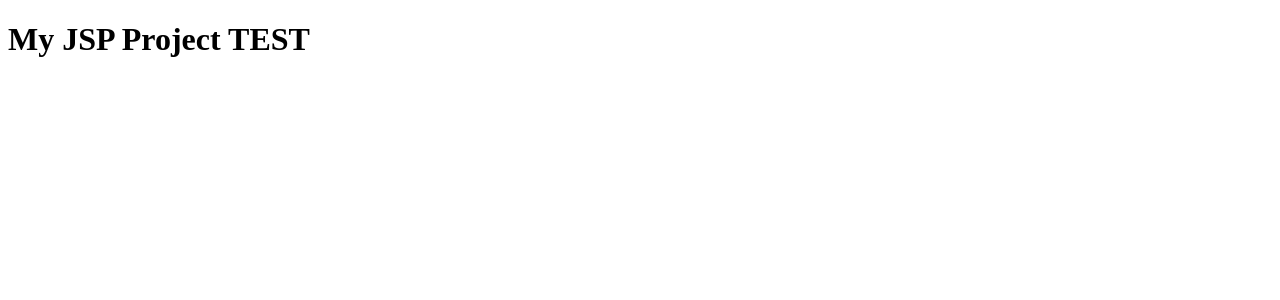
Repository: havanara/240416_JSP_Project
Page: http://localhost/jsp_study2/
An editor plug-in stored every save of this project. The page is shown before and after the next save, followed by the edit.
The browser window is 1280 px wide. The pictures show the whole page.
The page is served by Tomcat 9. Other server files are loaded and not shown.

Above is the page before, as saved 2024-04-16 06:17:24.

### jsp_study2/src/main/webapp/index.jsp
<%@ page language="java" contentType="text/html; charset=UTF-8"
    pageEncoding="UTF-8"%>
<!DOCTYPE html>
<html>
<head>
<meta charset="UTF-8">
<title>Insert title here</title>
</head>
<body>
	<h1>My JSP Project TEST</h1>
</body>
</html>

After the next save:
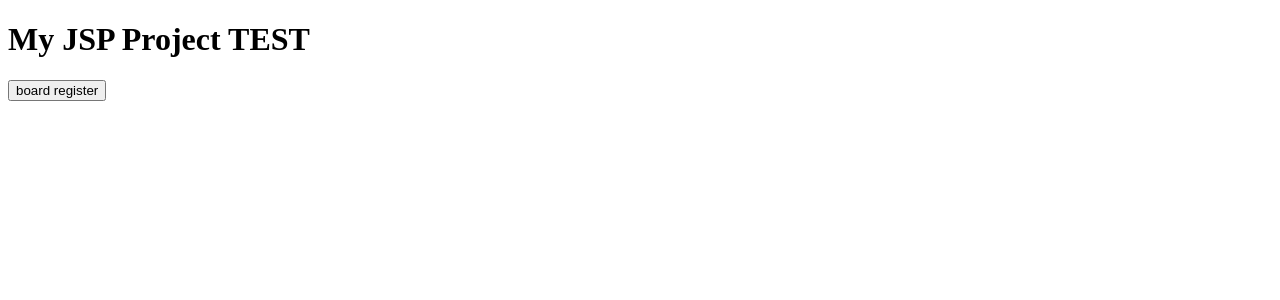
Saved 3 min 18 s later.
--- a/jsp_study2/src/main/webapp/index.jsp
+++ b/jsp_study2/src/main/webapp/index.jsp
@@ -8,5 +8,6 @@
 </head>
 <body>
 	<h1>My JSP Project TEST</h1>
+	<a href="/brd/"><button>board register</button></a>
 </body>
 </html>
